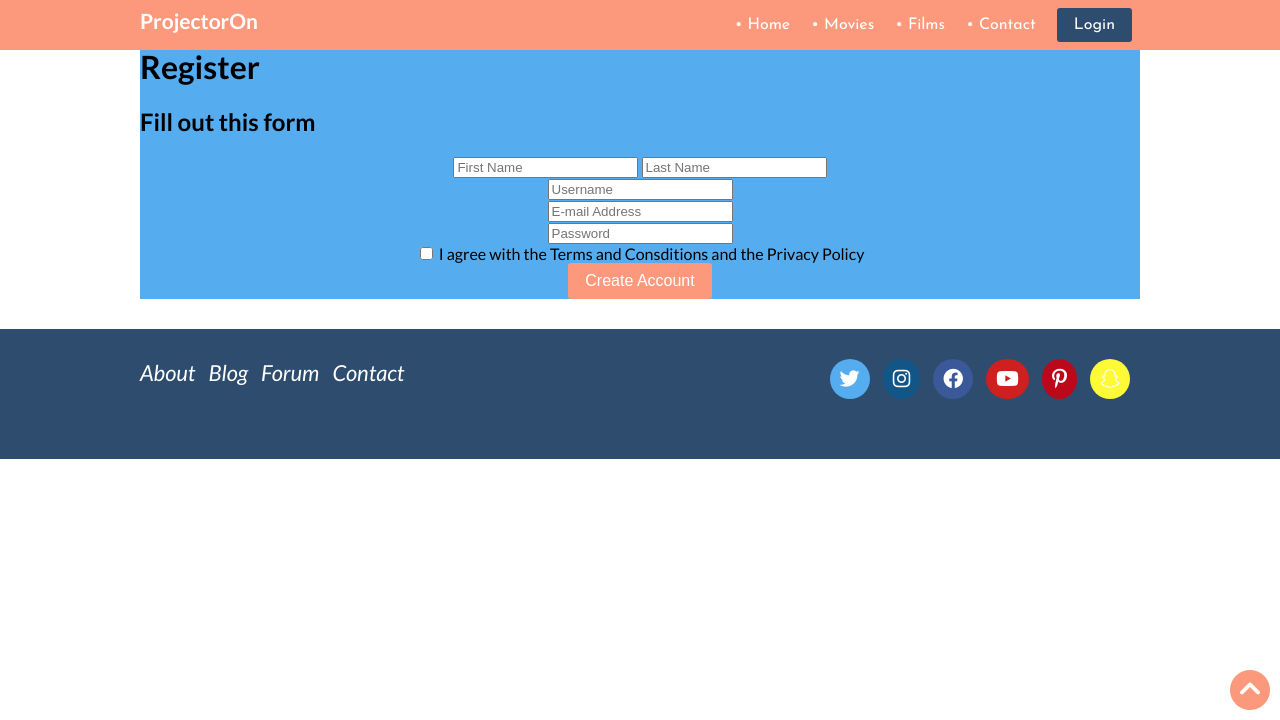
Repository: albayrakfatih/ProjectorOn_WebMovieApp
Page: register.html
An editor plug-in stored every save of this project. The page is shown before and after the next save, followed by the edit.
The browser window is 1280 px wide. The pictures show the whole page.
Some web libraries are served in a nearby version.

Above is the page before, as saved 2023-04-30 01:43:24.

### register.html
<!DOCTYPE html>
<html lang="en">
<head>
    <meta charset="UTF-8">
    <meta http-equiv="X-UA-Compatible" content="IE=edge">
    <meta name="viewport" content="width=device-width, initial-scale=1.0">
    <title>Movie App</title>
    <!-- <link rel="stylesheet" href="https://cdnjs.cloudflare.com/ajax/libs/font-awesome/6.3.0/css/all.min.css" integrity="sha512-SzlrxWUlpfuzQ+pcUCosxcglQRNAq/DZjVsC0lE40xsADsfeQoEypE+enwcOiGjk/bSuGGKHEyjSoQ1zVisanQ==" crossorigin="anonymous" referrerpolicy="no-referrer" /> -->
    <!-- <link rel="preconnect" href="https://fonts.googleapis.com">
    <link rel="preconnect" href="https://fonts.gstatic.com" crossorigin>
    <link href="https://fonts.googleapis.com/css2?family=Josefin+Sans:wght@400;700&family=Lato:ital,wght@0,400;0,700;1,400;1,700&display=swap" rel="stylesheet"> -->
    <!-- <link rel="stylesheet" href="css/buttons.css"> -->
    <link rel="stylesheet" href="css/styles.css">


</head>
<body id="body">

    <header class="main-header">
        <div class="container">
            <a href="#" class="main-header__logo">ProjectorOn</a>
            <nav class="main-nav">
                <ul class="main-nav__items">
                    <li class="main-nav__item">
                        <a href="#">Home</a>
                    </li>
                    <li class="main-nav__item">
                        <a href="#">Movies</a>
                    </li>
                    <li class="main-nav__item">
                        <a href="#">Films</a>
                    </li>
                    <li class="main-nav__item">
                        <a href="#">Contact</a>
                    </li>
                    <li class="main-nav__item main-nav__item--login">
                        <a class="btn btn-secondary" href="#">Login</a>
                    </li>
                </ul>
            </nav>
        </div>
    </header>

   <main class="signup-page">
    <div class="container">
        <div class="row">
            <div class="register-card">
                <h1>Register</h1>
                <h2>Fill out this form</h2>
                <form action="" class="signup-form">
                    <input type="text" id="firstname" placeholder="First Name">
                    <input type="text" id="lastname" placeholder="Last Name"><br>
                    <input type="text" id="username" placeholder="Username"><br>
                    <input type="email" id="email" placeholder="E-mail Address"><br>
                    <input type="password" id="password" placeholder="Password"><br>
                    <input type="checkbox" id="agree-terms">
                    <label for="agree-terms">I agree with the Terms and Consditions and the Privacy Policy</label><br>
                    <button type="submit" class="btn btn-primary">Create Account</button>
                </form>
            </div>
        </div>
    </div>
   </main>

    <footer>
        <div class="container">
            <div class="row">
                <div class="col-2">
                    <ul id="footer-links">
                        <li><a href="">About</a></li>
                        <li><a href="">Blog</a></li>
                        <li><a href="">Forum</a></li>
                        <li><a href="">Contact</a></li>
                    </ul>
                </div>
                <div class="col-2">
                    <ul id="social-links">
                        <li><a href="" class="fab fa-twitter"></a></li>
                        <li><a href="" class="fab fa-instagram"></a></li>
                        <li><a href="" class="fab fa-facebook"></a></li>
                        <li><a href="" class="fab fa-youtube"></a></li>
                        <li><a href="" class="fab fa-pinterest-p"></a></li>
                        <li><a href="" class="fab fa-snapchat"></a></li>
                    </ul>
                </div>
            </div>
        </div>
    </footer>

    <a href="#body" id="backtotop">
        <i class="fas fa-chevron-circle-up"></i>
    </a>

</body>
</html>

### css/styles.css
@import url("https://cdnjs.cloudflare.com/ajax/libs/font-awesome/6.3.0/css/all.min.css");
@import url('https://fonts.googleapis.com/css2?family=Josefin+Sans:wght@400;700&family=Lato:ital,wght@0,400;0,700;1,400;1,700&display=swap');
@import url("buttons.css");



html {
    scroll-behavior: smooth;
}

*{
    box-sizing: border-box;
}
body{
    margin: 0px;
    font-family: 'Lato', sans-serif;
}
main{
    margin-top: 47px;
}
#showcase{
     background: /*linear-gradient(to bottom, rgba(252, 153, 124,0.1),rgb(250, 81, 30,0.3)),  */
    url('../img/projector1.jpg');
    background-position: center left;
    background-repeat: no-repeat;
    background-size: cover;
    background-attachment: fixed;
    border-top: 3px solid #fff;
    /*border: 4px solid white;*/
    height: 100vh;
    width: 100%;
    color: aliceblue;
    position: relative;
}
#showcase .content {
    position: absolute;
    font-size: 25px;
    margin: 0;
    top: 50%;
    left: 50%;
    transform: translate(-50%,-50%);
    width: 60%;
    background-color: rgba(46,76,109,0.3);
    color: #fff;
    padding: 20px;
    border-radius: 10px;
}


#how-it-works{
    background-color: #fff;
    padding: 10px;
    text-align: center;/*text-align kalıtım yolu ile aktarılabiliyor. bu yüzden tüm how-it-works section öğelerine center dedim.*/
}

.main-header{
    background-color: #FC997C;
    padding: 8px 16px;
    position: fixed;
    top: 0;
    z-index: 1;
    width: 100%;
}
.main-nav{
    display: inline-block;
    width: calc(100% - 121px);
    text-align: right;
    font-family: 'Josefin Sans', sans-serif;
}
.main-nav__items{
    list-style: none;
    margin: 0px;
    padding: 0px;
}
.main-nav__item{
    display: inline-block;
    margin: 0 8px;
}

.main-header__logo{
    color: #fff;
    text-decoration: none;
    font-weight: bold;
    font-size: 21px;
}

.main-nav__item a{
    text-decoration: none;
    color: #fff;
}
.main-nav__item a:hover{
    color:#160140;
}
.main-nav__item a:active{
    color: #fff;
}
.main-nav__item::before{
    content: '\2022';
    color: #fff;
}
.main-nav__item:hover::before{
    color: #160140;
}
.main-nav__item:active::before{
    color: #fff;
}
/* .main-nav__item--login a{
     color:#fff;
    background-color: #160140;
    border: 2px solid #fff;
    padding: 4px 16px;
    border-radius: 6px;
    font-weight: bold;
} */
/* .main-nav__item--login a:hover{
    border-color: #160140;
    color: #160140;
    background-color: #fff;
} */
.main-nav__item--login::before{
    content: none;
}

.row{
    margin-bottom: 30px;
    /* margin-top: 20px; */
}
/* .col-2{
    display: inline-block;
    width: calc(50% - 2px);
    height:350px;
    background-color: tomato;
    vertical-align:top;
}
.col-3{
    display: inline-block;
    width: 30%;
    padding: 16px;
    margin: 8px;
} */
.col-2 {
    float: left;
    width: 50%;
}
.col-3 {
    float: left;
    width: 33.3%;
}
.col-4 {
    float: left;
    width: 25%;
}

.icon-box h3{
    font-size: 25px;
    color: #3e4555;
}
.icon-box i{
    color: #FC997C;
}

.features-left{
    background-image: url("../img/titanic.jpg");
    background-position: center top;
    background-size: cover;
}
.features-right{
    background-color: #edf5f7;
    padding: 40px 20px;
}
.features-right h2{
    font-size: 30px;
}
.features-left,
.features-right {
    height: 350px;
}


.btn-view-features{
    background-color: #FC997C;
    color: #fff;
    padding: 7px 15px;
    border: 1px solid #FC997C;
    text-decoration: none;
    font-size: 14px;
    font-family: 'Josefin Sans', sans-serif;
    border-radius: 3px;
    display: inline-block;
    margin-top: 15px;
}
.btn-view-features:hover{
    color: #FC997C;
    background-color: #fff;
}
.section-title{
    text-align: center;
    margin-bottom: 40px;
    font-weight:700;
    font-size: 30px;
    color: #3e4555;
}
.plan{
    text-align: center;
    padding: 10px;
}

.plan__badge{
    background-color: orange;
    color: red;
    padding: 8px;
    border-radius: 5px;
}

.plan--featured {
    position: relative;
    top: -30px;
}

.recommended_plan{
    color: #ffffff;
    background-color: mediumblue!important;

}

 /* .clearfix{
    content: "";    .clearfix yerine .row sınıfını kullandık
    display: block;
    clear: both;
}  */
.row::after{
    content: "";
    display: block;
    clear: both;
}

.container{
    margin: 0 auto;
    width: 1000px;
}

.inner-plan{
    background-color:#edf5f7;
    padding: 25px 15px;
    border-radius: 5px;
    box-shadow:  0px 5px 15px rgba(0, 0, 0, 0.35);
    transition: box-shadow .8s;
}
.inner-plan:hover{
    box-shadow: 0px 5px 15px rgba(0, 0, 0, 0.7);
}


#backtotop {
    position: fixed;
    bottom: 10px;
    right: 10px;
}
#backtotop i {
    font-size: 40px;
    background-color:transparent;
    color: #fc997C;
    transition: color .6s;
}
#backtotop i:hover {
    color: #fb7850;
}

.counter {
    background: linear-gradient(to bottom, #FC997C 0%, #FC8b69 100%);
    text-align: center;
    padding:50px;
}
.counter h4 {
    margin-top: 0;
    color: #fff;
}
.counter__item{
    font-weight: 700;
    font-size: 25px;
    color: #fff;
}

/*----------movies--------------*/

.card-container {
    padding: 10px;
}
.card {
     /* width: 20vw;  veya 300px;  */
    background-color: #fff;
    box-shadow: rgba(14, 30, 37, 0.12) 0px 2px 4px 0px, rgba(14, 30, 37, 0.32) 0px 2px 16px 0px;
    cursor: pointer;
    border-radius: 5px;
    /* height: 90vh;  */
    position: relative;
    top: 0;
    transition: all .5s;
}
.card:hover {
    top: -10px;
    box-shadow: rgba(14, 30, 37, 0.9) 0px 2px 4px 0px, rgba(14, 30, 37, 0.9) 0px 2px 16px 0px;
}
.card-title {
    text-align: center;
}
.card-image {
    width:100%;
    /*height:45vh;*/
    max-height: 350px;
}
.card-button {
    text-align: center;
}
.card-body {
    padding: 30px;
}

/*-------------- footer --------------*/

footer {
    background-color: #2E4C6D;
    padding: 30px;
    margin-top: 25px;
}

footer a {
    color: #fff;
    font-size: 22px;
    text-decoration: none;
    font-style: italic;
}
footer ul {
    margin: 0;
    padding:0;
}

footer ul li {
    list-style-type: none;
    display: inline-block;
    margin-right: 10px;
}

#social-links {
    text-align: right;
}

.fab {
    padding: 10px;
    font-size: 20px;
    border-radius: 50%;
}
.fab:hover {
    opacity: 0.5;
}

.fa-twitter {
    background-color: #55acee;
    color: #fff;
}
.fa-instagram {
    background-color: #125688;
    color: #fff;
}
.fa-facebook {
    background-color: #3b5998;
    color: #fff;
}
.fa-youtube {
    background-color: #cd201f;
    color: #fff;
}
.fa-pinterest-p {
    background-color: #bd081c;
    color: #fff;
}
.fa-snapchat {
    background-color: #fffa37;
    color: #fff;
}

/*------------- register-card ------------*/

.register-card {
    background-color: #55acee;
}
.signup-form {
    text-align: center;
}

### css/buttons.css


.btn {
    text-align: center;
    text-decoration: none;
    display: inline-block;
    padding: 7px 15px;
    font-size: 16px;
    cursor: pointer;
    border: none;
    border-radius: 3px;
    transition-duration: .8s;
}

.btn-primary{
    background-color: #FC997c;
    color: #fff;
    border: 2px solid #FC997c;
}
.btn-primary:hover{
    background-color: #fff;
    color: #FC997c;
    border: 2px solid #FC997c;
}
.btn-outline-primary{
    background-color: #fff;
    color: #FC997c;
    border: 2px solid #FC997c;
}
.btn-outline-primary:hover{
    background-color: #FC997c;
    color: #fff;
    border: 2px solid #FC997c;
}



.btn-secondary{
    background-color: #2E4C6D;
    color: #fff;
    border: 2px solid #2E4C6D;
}
.btn-secondary:hover{
    background-color: #fff;
    color: #2E4C6D;
    border: 2px solid #2E4C6D;
}
.btn-outline-secondary{
    background-color: #fff;
    color: #2E4C6D;
    border: 2px solid #2E4C6D;
}
.btn-outline-secondary:hover{
    background-color: #2E4C6D;
    color: #fff;
    border: 2px solid #2E4C6D;
}

After the next save:
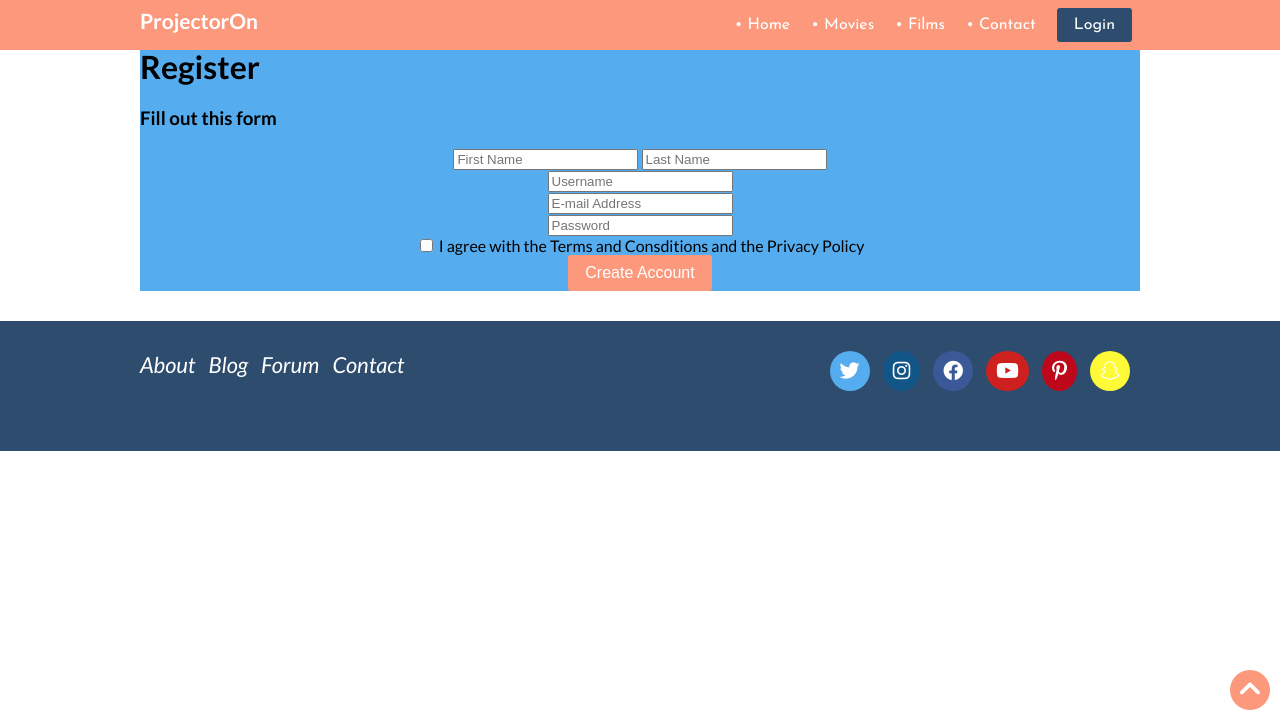
Saved 21 s later.
--- a/register.html
+++ b/register.html
@@ -46,7 +46,7 @@
         <div class="row">
             <div class="register-card">
                 <h1>Register</h1>
-                <h2>Fill out this form</h2>
+                <h3>Fill out this form</h2>
                 <form action="" class="signup-form">
                     <input type="text" id="firstname" placeholder="First Name">
                     <input type="text" id="lastname" placeholder="Last Name"><br>
